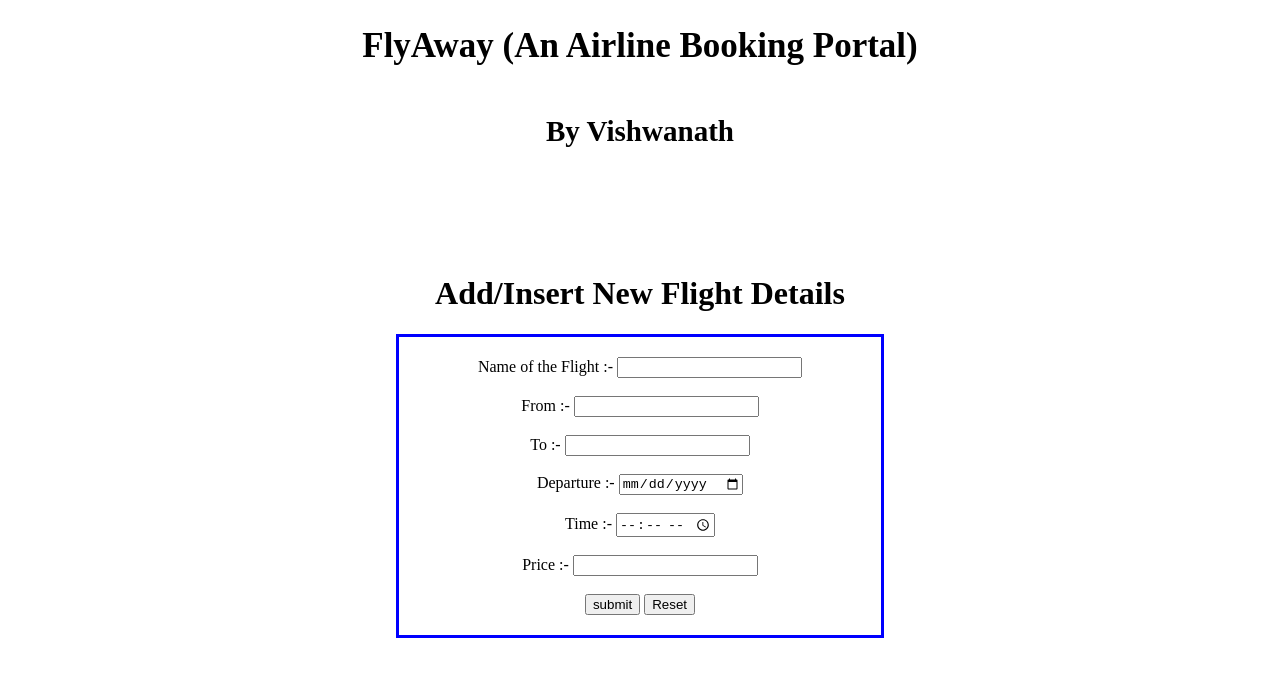
Repository: Vishu4401/FlyAway-An-Airline-Booking-Portal-
Page: http://localhost/FlyAway-An-Airline-Booking-Portal/AdminHome.jsp
The author's editor kept a copy of each file at every save. The page is drawn from the files as they stood at one save, then again after the next save.
The browser window is 1280 px wide. The pictures show the whole page.
The page is served by Tomcat 9. Other server files are loaded and not shown.

Above is the page before, as saved 2022-08-24 04:18:05.

### FlyAway-An-Airline-Booking-Portal/src/main/webapp/AdminHome.jsp
<%@ page language="java" contentType="text/html; charset=ISO-8859-1"
    pageEncoding="ISO-8859-1"%>
<!DOCTYPE html>
<html>
<head>
<meta charset="ISO-8859-1">
<title>Admin Home Page</title>
</head>
<body >
<br>
<a href="HomeScreen.jsp" style="color:black;text-decoration:none ;font-size:35px;font-weight:bold;">
<center>FlyAway (An Airline Booking Portal)
<h5>By Vishwanath</h5>
</center></a>
<br><br>
<center>
<h1>Add/Insert New Flight Details</h1>

<div style="border:3px solid blue;width:35%;padding:20px" align="center">
<form action="BookFlight.jsp" method=post>
	<label for=name>Name of the Flight :-</label> <input type="text" name=name id=name required /><br><br>
	<label for=from>From :-</label> <input type="text" name=from id=from required/><br><br>
	<label for=to>To :-</label> <input type="text" name=to id=to required /><br><br>
	<label for=departure>Departure :-</label> <input type="date" name=departure id=departure required/><br><br>
	<label for=time>Time :-</label> <input type="time" name=time id=time required /><br><br>
	<label for=price>Price :-</label> <input type="text" name=price id=price required /><br><br>
	<input type="submit" value=submit /> <input type=reset />
</form>
</div>
</center>
<%
	String message=(String)session.getAttribute("message");
	if(message!=null){
%>
<p style="color:silver;"><%=message %></p>
<%
		session.setAttribute("message", null);
	}
%>
</body>
</html>

After the next save:
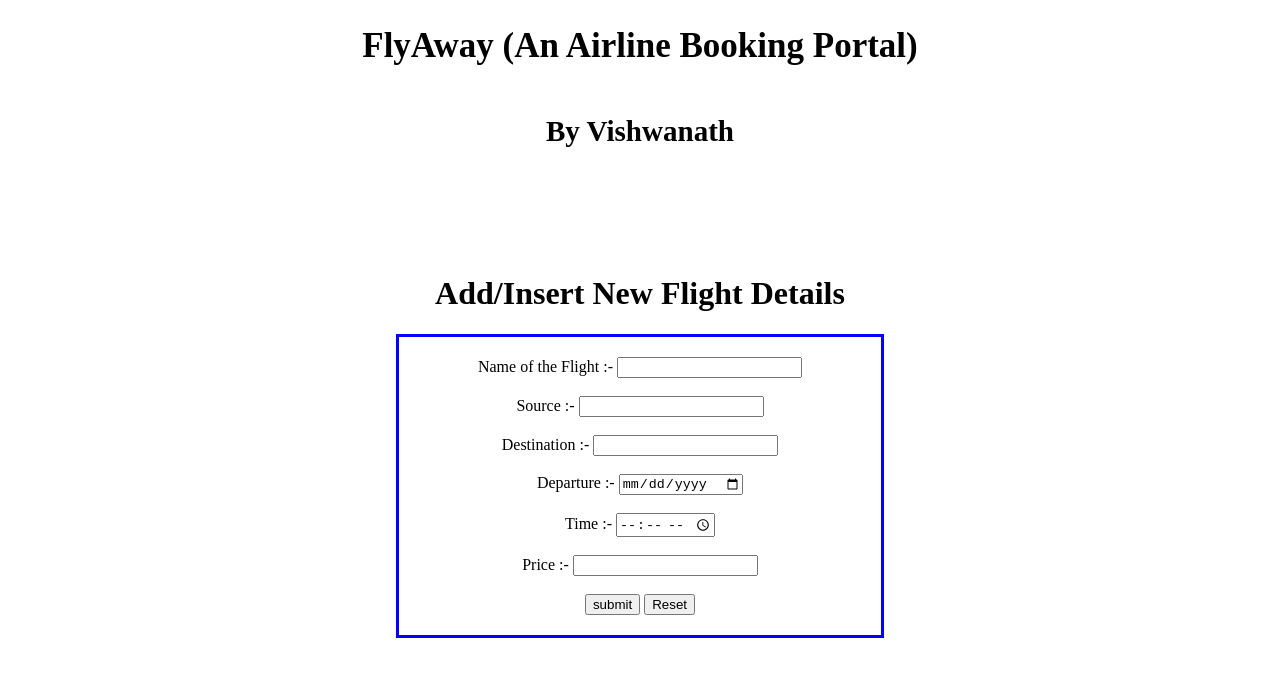
Saved 21 s later.
--- a/FlyAway-An-Airline-Booking-Portal/src/main/webapp/AdminHome.jsp
+++ b/FlyAway-An-Airline-Booking-Portal/src/main/webapp/AdminHome.jsp
@@ -19,8 +19,8 @@
 <div style="border:3px solid blue;width:35%;padding:20px" align="center">
 <form action="BookFlight.jsp" method=post>
 	<label for=name>Name of the Flight :-</label> <input type="text" name=name id=name required /><br><br>
-	<label for=from>From :-</label> <input type="text" name=from id=from required/><br><br>
-	<label for=to>To :-</label> <input type="text" name=to id=to required /><br><br>
+	<label for=from>Source :-</label> <input type="text" name=from id=from required/><br><br>
+	<label for=to>Destination :-</label> <input type="text" name=to id=to required /><br><br>
 	<label for=departure>Departure :-</label> <input type="date" name=departure id=departure required/><br><br>
 	<label for=time>Time :-</label> <input type="time" name=time id=time required /><br><br>
 	<label for=price>Price :-</label> <input type="text" name=price id=price required /><br><br>
